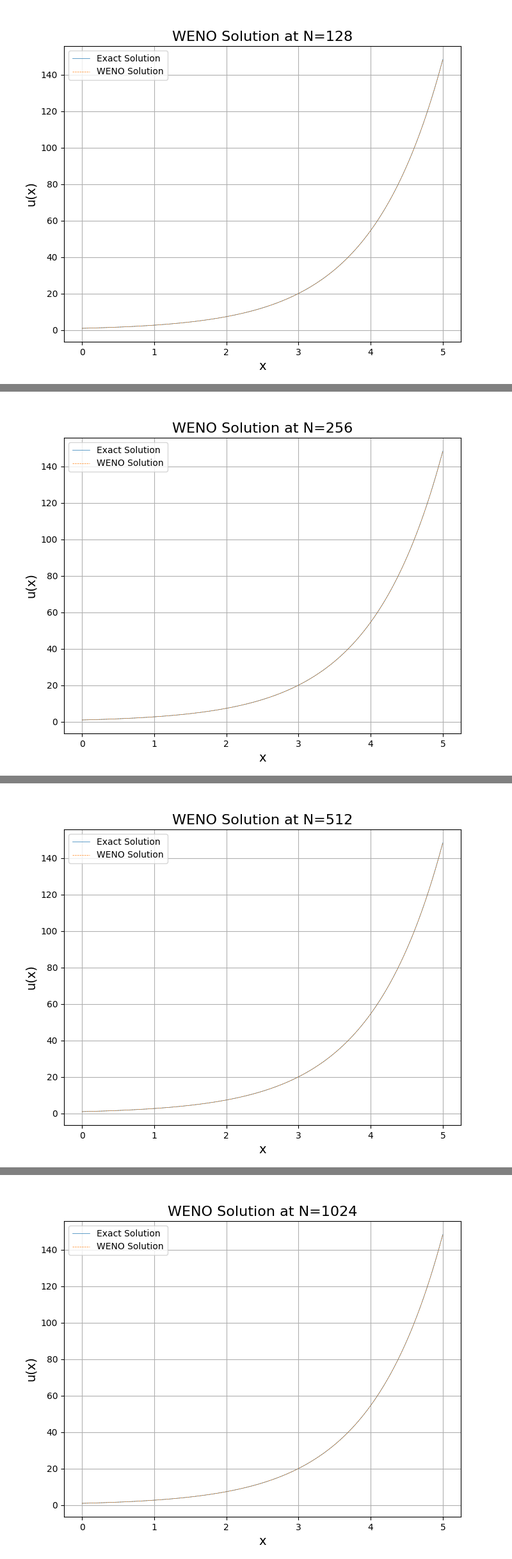
Repository: mishiroo/WENO
Script's output: python main.py
An editor plug-in stored every save of this project. The script's output is shown before and after the next save, followed by the edit.
The pictures are shown at 64% of full size.
Each picture stacks the figures in order, with grey between them; figures that are only written to a file come last. Random numbers start from a fixed seed.

Above is the script's output before, as saved 2024-12-12 21:18:45.

After the next save:
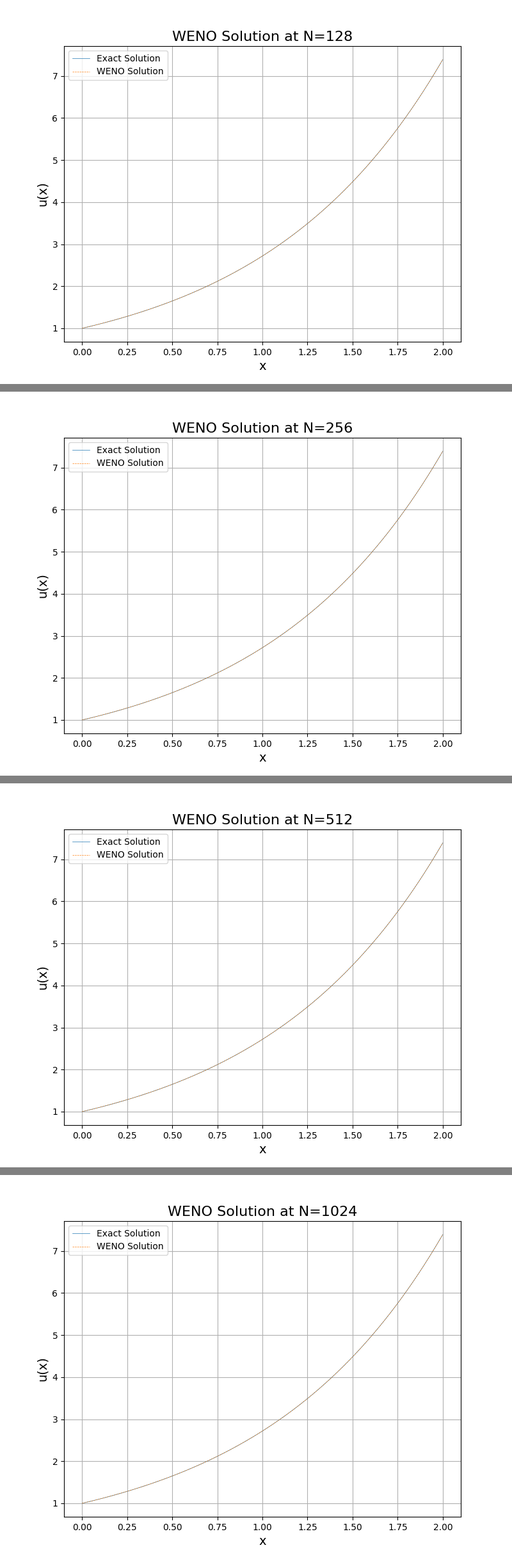
Saved 15 s later.
--- a/main.py
+++ b/main.py
@@ -11,7 +11,7 @@
 solution_list = []
 
 for n in NList:
-    mesh = WENO.Mesh(0, 5, n)  # 实例化的Mesh mesh.mesh访问网格本身
+    mesh = WENO.Mesh(0, 2, n)  # 实例化的Mesh mesh.mesh访问网格本身
     mesh.SetTestAverageValues()
     theo_values = np.exp(mesh.mesh)
     weno = WENO.WENO1D(mesh=mesh.mesh, avg_values=mesh.avg_values, k=3)

After the save that followed:
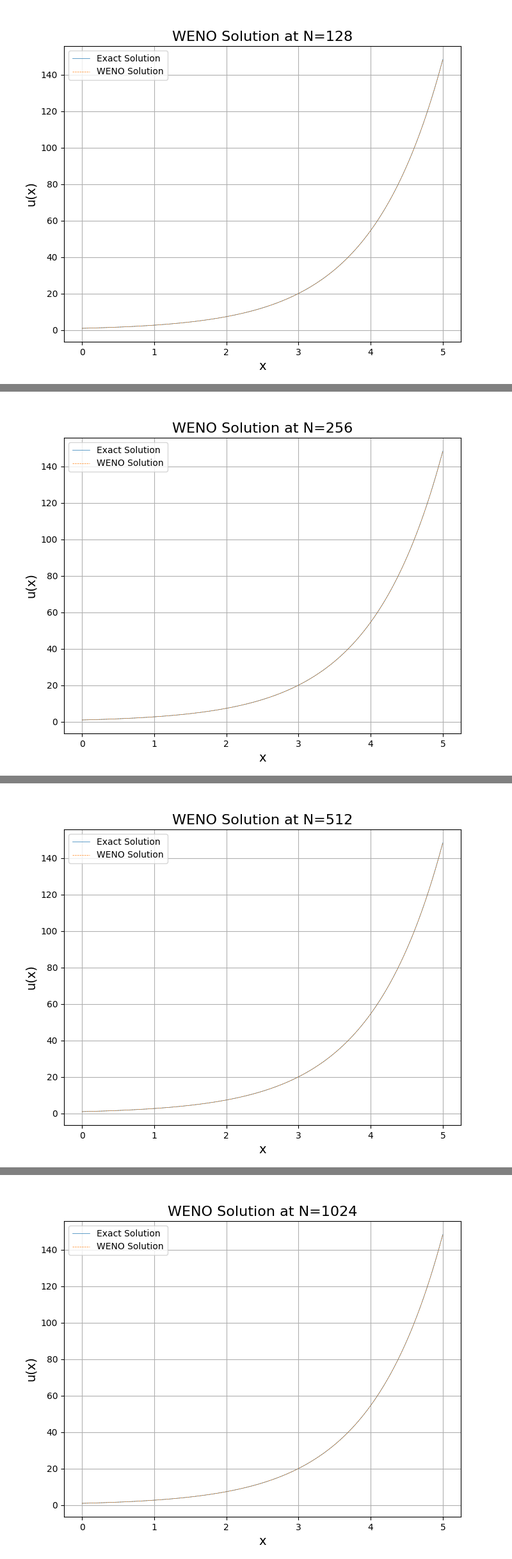
Saved 8 s later.
--- a/main.py
+++ b/main.py
@@ -11,7 +11,7 @@
 solution_list = []
 
 for n in NList:
-    mesh = WENO.Mesh(0, 2, n)  # 实例化的Mesh mesh.mesh访问网格本身
+    mesh = WENO.Mesh(0, 5, n)  # 实例化的Mesh mesh.mesh访问网格本身
     mesh.SetTestAverageValues()
     theo_values = np.exp(mesh.mesh)
     weno = WENO.WENO1D(mesh=mesh.mesh, avg_values=mesh.avg_values, k=3)
